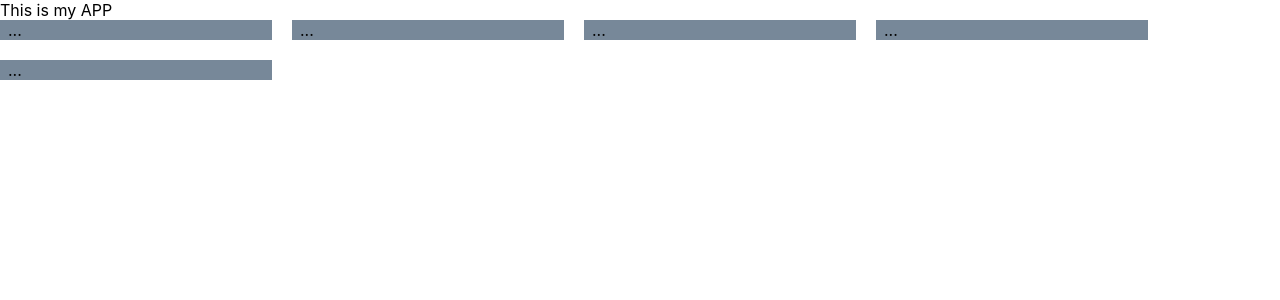
Repository: vnevescode/ui-components-react
Page: /
These files come from the project's save history. The page is drawn as it stood at one moment and after the next save; the edit follows.
The browser window is 1280 px wide. The pictures show the whole page.
The project was rebuilt for these pictures with package versions that can differ from the ones it lists, and the page was loaded fresh each time.

Above is the page before, as saved 2022-06-09 22:13:48.

After the next save:
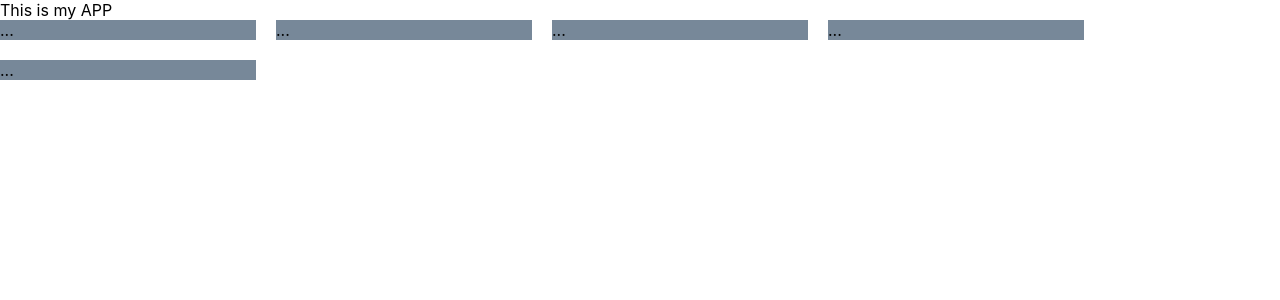
Saved 17 s later.
--- a/src/components/Cards/Cards.style.css
+++ b/src/components/Cards/Cards.style.css
@@ -7,7 +7,6 @@
 
 .cards__item{
     flex-basis: 20%;
-    padding-left: 8px;
-    padding-right: 8px;
+
     background-color: lightslategray;
 }
